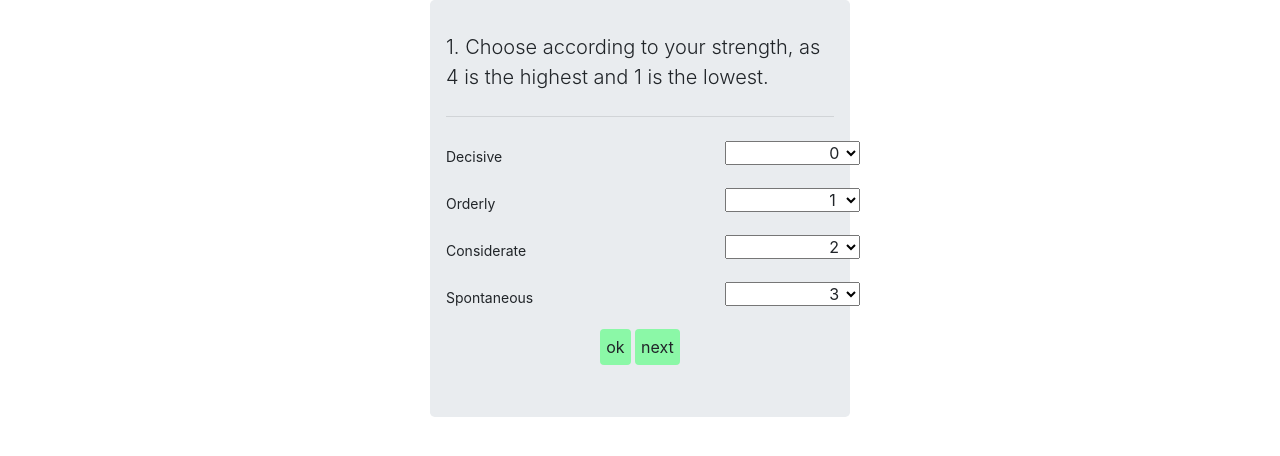
Repository: joroni/personality_test
Page: frontend/index.html
An editor plug-in stored every save of this project. The page is shown before and after the next save, followed by the edit.
The browser window is 1280 px wide. The pictures show the whole page.
Some web libraries are served in a nearby version.

Above is the page before, as saved 2020-09-08 06:17:04.

### frontend/index.html
<!DOCTYPE html>
  <html lang="en"  ng-app="quiz">
  <head>
    <meta charset="utf-8">
    <title>NewBiz Bootstrap Template</title>
    <meta content="width=device-width, initial-scale=1.0" name="viewport">
    <meta content="" name="keywords">
    <meta content="" name="description">

    <!-- Favicons
    <link href="img/favicon.png" rel="icon">
    <link href="img/apple-touch-icon.png" rel="apple-touch-icon">-->

    <!-- Google Fonts -->
    <link href="https://fonts.googleapis.com/css?family=Open+Sans:300,300i,400,400i,700,700i|Montserrat:300,400,500,700" rel="stylesheet">

    <!-- Bootstrap CSS File -->
    <link href="lib/bootstrap/css/bootstrap.min.css" rel="stylesheet">

    <!-- Libraries CSS Files -->
    <link href="lib/font-awesome/css/font-awesome.min.css" rel="stylesheet">
    <link href="lib/animate/animate.min.css" rel="stylesheet">
    <link href="lib/ionicons/css/ionicons.min.css" rel="stylesheet">
    <link href="lib/owlcarousel/assets/owl.carousel.min.css" rel="stylesheet">
    <link href="lib/lightbox/css/lightbox.min.css" rel="stylesheet">
    <link href="lib/bootstrap-slider/css/bootstrap-slider.css" rel="stylesheet">
    <!-- Main Stylesheet File -->
    <link href="css/style.css" rel="stylesheet">
  <script src="lib/angularjs/1.6.9/angular.min.js"></script>

  <link href="css/style.css" rel="stylesheet" type="text/css">
</head>

<body ng-controller="quizCtrl" ng-init="initData()">
<div class="container">

<!--

    Two items can not share the same value.
      <div ng-repeat="item2 in data2">
        <span>
          {{item2.name}}
        </span>
        <select ng-model="item2.value" ng-change="onChanged()" ng-options="choice for choice in possibleChoices">
        </select>
      </div>
    -->



 <div class="jumbotron">
    <!--<h1 class="display-4">QUIZ APPLICATION</h1>-->
    <p class="lead">{{questions.question}}</p>
    <hr class="my-4">
    <p class="lead">
      <div class="navi">
        <div id="{{QuestId}}">
            <div class="form-group row" ng-repeat="option in questions.options track by $index">
              <label for="A-{{qid}}" class="text-left col-sm-8 col-form-label col-form-label-sm">{{option.text}}</label>
              <div class="col-sm-3">


                   <select name="A-{{qid}}" ng-model="selectedColumn" ng-change="selectColumn(selectedColumn); choiceSequence(selectedColumn,{{QuestId}});" ng-options="obj for obj in priorities" ng-disabled="emptyArr">
                  </select>


              </div>
              <div class="col-sm-1">
                {{$index}}
              </div>
            </div>

             <!--   <div class="form-group">
                 <label for="formControlRange">Example Range input</label>
             <input type="range" min="1" max="4" value="0" class="form-control-range" id="formControlRange{{$index}}">
              <input type="{{buttonType}}" ng-value="{{ratingVal}}" ng-checked="onChange({{$index}})">{{option.text}}</li>
            </div>-->


            <div class="button">
              <input type="button" value="previous" class="btn" ng-show="isPrevious" ng-click="previousQuestion()">
              <input type="button" ng-model="selectedhead" value="ok" class="btn"  ng-click="turninAnswer('{{indexPoint}}');">
              <input type="button" value="next" class="btn" ng-show="isNext" ng-click="nextQuestion()">
            </div>



          </div>
      </div>

    </p>
  </div>

<!--
  <div class="question">
    <h1>QUIZ APPLICATION</h1>
    <h2>{{questions.question}}</h2>
    <div class="navi">
    <ul>
      <li ng-repeat="option in questions.options" style="list-style:none">
        <input type="{{buttonType}}" ng-value="{{ratingVal}}" ng-checked="onChange({{$index}})">{{option.text}}</li>
    </ul>
  </div>
  </div>-->

</body>
<script src="js/script.js"></script>
<script type='text/javascript' src="http://code.jquery.com/jquery-1.11.3.min.js"></script>
<script type='text/javascript' src="lib/bootstrap/js/bootstrap.min.js"></script>
 <!--<script src="lib/jquery/jquery.min.js"></script>
 <script src="lib/jquery/jquery-migrate.min.js"></script>
  <script src="lib/bootstrap/js/bootstrap.bundle.min.js"></script>
  <script type='text/javascript' src="lib/bootstrap-slider/js/bootstrap-slider.js"></script>-->
 <!-- <script src="lib/easing/easing.min.js"></script>
  <script src="lib/mobile-nav/mobile-nav.js"></script>
  <script src="lib/wow/wow.min.js"></script>
  <script src="lib/waypoints/waypoints.min.js"></script>
  <script src="lib/counterup/counterup.min.js"></script>
  <script src="lib/owlcarousel/owl.carousel.min.js"></script>
  <script src="lib/isotope/isotope.pkgd.min.js"></script>
  <script src="lib/lightbox/js/lightbox.min.js"></script>
  <script src="js/main.js"></script>-->

</html>

### frontend/css/style.css
* {}

body {}

.question {
  width: 70%;
  margin: 0 auto;
  height: auto;
  display: block;
  background: #eeeeee;
}

.question h1 {
  text-align: center;
  padding-top: 30px;
  color: #666666;
}

.question h2 {
  width: 100%;
  font-size: 22px;
  color: #0c1e5c;
  padding: 1% 3% 0% 3%;
}

.slider.slider-horizontal .slider-tick-label-container .slider-tick-label {
  display: none;
  text-align: center;
}
/*
.question ul:nth-child(odd) {
  background: #d0dff6;
  width: 30%;
  padding: 8px;
  margin: 1% 9%;
  display: inline-block;
  color: #0c1e5c;
}

.question ul:nth-child(even) {
  background: #d0dff6;
  width: 30%;
  padding: 8px;
  margin: 1% 9%;
  display: inline-block;
  color: #0c1e5c;
}
*/

.button {
  text-align: center;
  margin: 1% 0;
}

.btn {
  background: #8bf8a7;
  padding: 5px;
}



.navi {
  text-align: center;
  display: table;
  width: 100%;
}
.navi ul { display: table-row; }
.navi li { display: table-cell; width: 20%; }
.navi li a { display: block; border: 1px solid #000; }


.jumbotron {
  padding: 2rem 1rem;
  margin-bottom: 2rem;
  background-color: #e9ecef;
  border-radius: .3rem;
  max-width: 420px;
  margin: 0 auto;
}

### frontend/js/script.js
var app = angular.module("quiz", [])
app.controller("quizCtrl", function ($scope) {
  $scope.numprio = 5;
  $scope.datavalue = [];
  $scope.runningData = [];
  $scope.qid = 1;
  $scope.QuestId = 'Q-' + $scope.qid;
  $scope.data = [{
      question: "1. Choose according to your strength, as 4 is the highest and 1 is the lowest.",
      type: "multiple",
      priorities: [{4:"4"}, {3:"3"}, {2:"2"}, {1:"1"}],
      options: [{
          text: "Decisive",
          priority: 1,
        },
        {
          text: "Orderly",
          priority: 2,
        },
        {
          text: "Considerate",
          priority: 3,
        },
        {
          text: "Spontaneous",
          priority: 4,
        }
      ]
    },
    {

      question: "2.  Choose according to your strength, as 4 is the highest and 1 is the lowest.",
      type: "multiple",
       priorities: [{4:"4"}, {3:"3"}, {2:"2"}, {1:"1"}],
      options: [{
          text: "Results",
          priority: 0,
        },
        {
          text: "Systems",
          priority: 0,
        },
        {
          text: "Support",
          priority: 0,
        },
        {
          text: "Inspiration",
          priority: 0,
        }
      ]
    },
    {
      question: "3.  Choose according to your strength, as 4 is the highest and 1 is the lowest.",
      type: "multiple",
       priorities: [{4:"4"}, {3:"3"}, {2:"2"}, {1:"1"}],
      options: [{
          text: "Destination",
          priority: 1,
        },
        {
          text: "Schedule",
          priority: 2,
        },
        {
          text: "Journey",
          priority: 3,
        },
        {
          text: "Dream",
          priority: 4,
        }
      ]
    },
    {
      question: "4.  Choose according to your strength, as 4 is the highest and 1 is the lowest.",
      type: "multiple",
       priorities: [{4:"4"}, {3:"3"}, {2:"2"}, {1:"1"}],
      options: [{
          text: "Blunt	",
          priority: 0,
        },
        {
          text: "Critical",
          priority: 0,
        },
        {
          text: "Hesitant",
          priority: 0,
        },
        {
          text: "Easily Distracted",
          priority: 0,
        }
      ]
    }
  ];
  // $scope.headers = ["foo", "bar", "baz"];
  //let  priItems= [{ "value": 4, "text": "4" }, { "value": 3, "text": "3" }, { "value": 2, "text": "2" }, { "value": 4, "text": "1" }];
  //$scope.priorities = JSON.parse(JSON.stringify(priItems));
  $scope.initData = function () {
    $scope.source = JSON.parse(JSON.stringify($scope.data));
    let srcData = $scope.source;
    for (let i = 0; i < srcData.length; i++) {
      console.log('srcData', srcData[i]);
      $scope.datavalue.push(srcData[i]);
      $scope.priorities = $scope.datavalue[i].priorities;
     // console.log('data', $scope.datavalue[i]);
      console.log('priorities', $scope.priorities);
    }

  }

  //$scope.priorities = [4,3,2,1];
  /* $scope.priorities = $scope.datavalue.priorities;*/
  $scope.selectedColumn = {};
  $scope.selValue = $scope.selValue;
  $scope.selectedhead =  this.$index;
  $scope.emptyArr = false;
  $scope.selectColumn = function (selectedhead) {

    console.log('selected head', selectedhead);
   // console.log('selected column', $scope.selectedColumn);
    //let shead = questionId+selectedhead;
    // $scope.fileData.headers.splice(selectedhead);
    $scope.runningData.push(selectedhead);
    sessionStorage.setItem('quizItem', '['+$scope.runningData+']');
    $scope.priorities = $scope.priorities.filter(function (item) {
      console.log('item', item);
      return !selectedhead || !angular.equals(item, selectedhead);
      // return !shead || !angular.equals(item, shead);
    });
    console.log('priority', $scope.priorities);
    if ($scope.priorities == "") { // this disables the <select> tag
      $scope.emptyArr = true;
    }

  }


  $scope.turninAnswer = function(questionhead){

    var text = questionhead;
    var integer = parseInt(text, 10);
// returns 42
    //$scope.data = $scope.data.filter(function (ans) {
      console.log('answer', integer);
      //return selectedhead || angular.equals(ans, selectedhead);
      // return !shead || !angular.equals(item, shead);
  //  });


  }

  $scope.index = 0;
  $scope.questions = $scope.data[$scope.index];
  $scope.buttonType = $scope.questions.type == 'multiple' ? 'checkbox' : 'radio';
  $scope.isPrevious = false;
  $scope.isNext = true;
  $scope.indexPoint = $scope.index;
  console.log('questions ', $scope.data);

  $scope.nextQuestion = function () {
    if ($scope.index < 3) {
      $scope.index = $scope.index + 1;
      $scope.questions = $scope.data[$scope.index];
      $scope.qid = $scope.index + 1;

      $scope.buttonType = $scope.questions.type == 'multiple' ? 'checkbox' : 'radio';
      $scope.isPrevious = true;
      console.log($scope.data[$scope.index]);
      if ($scope.index == 3) {
        $scope.isNext = false;
      }
    } else {
      // disble next botton logic
      $scope.isNext = false;
    }
    $scope.emptyArr = false;
   // $scope.initData();
  }


  $scope.possibleChoices = ["", 1, 2, 3, 4];

  $scope.data2 = [];

  for (var i = 0; i < 5; i++) {
    $scope.data2[i] = {};
    $scope.data2[i].value = "";
    $scope.data2[i].name = "Item " + (i + 1);
  }

  $scope.onChanged = function () {
    var currentItem = this.item2;
    angular.forEach($scope.data2, function (listItem) {
      if (listItem !== currentItem && listItem.value === currentItem.value) {
        listItem.value = $scope.possibleChoices[0];
      }
    });
  }


  $scope.onChanged2 = function () {
    var currentItem = this.item;
    angular.forEach($scope.data, function (listItem) {
      if (listItem !== currentItem && listItem.value === currentItem.value) {
        listItem.value = $scope.possibleChoices[0];
      }
    });
  }

  $scope.previousQuestion = function () {
    if ($scope.index > 0) {
      $scope.index = $scope.index - 1;
      $scope.qid = $scope.qid - 1;
      $scope.questions = $scope.data[$scope.index];
      $scope.buttonType = $scope.questions.type == 'multiple' ? 'checkbox' : 'radio';
      $scope.isNext = true;
      if ($scope.index == 0) {
        $scope.isPrevious = false;
      }
    } else {
      // disble next botton logic
      $scope.isPrevious = false;
    }
  }

  $scope.choiceSequence = function (selectedColumn) {
    $scope.selValue = selectedColumn;
    questionId = $scope.QuestId;
    $scope.datavalue = $scope.data;
    /*  if($scope.selValue == null){
        $scope.selValue = selectedColumn;
      }*/
    /* console.log('selected',$scope.selValue);

     var obj = {
       'priority': selectedColumn,
       'questionid':questionId

     };*/

    //  $scope.datavalue.push(obj);
    console.log('datavalue', $scope.datavalue);

  }



  $scope.choiceUnique = function (val) {
    // myValue = $scope.ratingVal;
    $scope.ratingVal = val;
    //$scope.numprio++;
    /* if ($scope.numprio == 0) {
           $scope.numprio++;
       }*/

    console.log($scope.ratingVal);
  }


  $scope.max = 4;
  $scope.ratingVal = 0;
  $scope.readonly = false;
  $scope.onHover = function (val) {
    $scope.hoverVal = val;
  };
  $scope.onLeave = function () {
    $scope.hoverVal = null;
  }
  $scope.onChange = function (val) {
    $scope.ratingVal = val;
    console.log($scope.ratingVal);
  }



});

Loaded but not shown: frontend/lib/bootstrap/css/bootstrap.min.css (library); frontend/lib/font-awesome/css/font-awesome.min.css (library); frontend/lib/animate/animate.min.css (library); frontend/lib/ionicons/css/ionicons.min.css (library); frontend/lib/owlcarousel/assets/owl.carousel.min.css (library); frontend/lib/lightbox/css/lightbox.min.css (common file); frontend/lib/bootstrap-slider/css/bootstrap-slider.css (library); frontend/lib/angularjs/1.6.9/angular.min.js (library); frontend/lib/bootstrap/js/bootstrap.min.js (library)

After the next save:
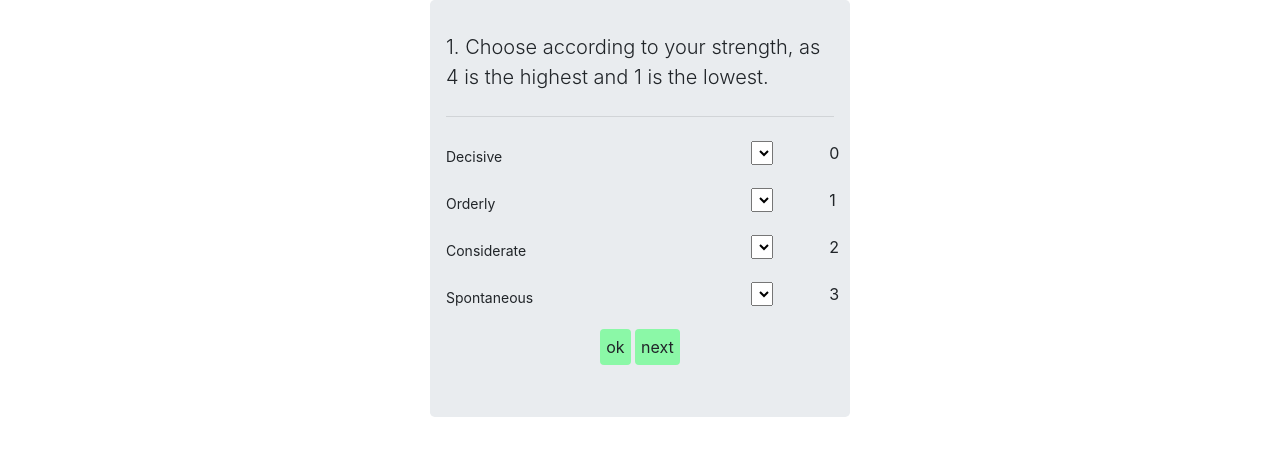
Saved 3 min 1 s later.
--- a/frontend/index.html
+++ b/frontend/index.html
@@ -60,7 +60,7 @@
               <div class="col-sm-3">
 
 
-                   <select name="A-{{qid}}" ng-model="selectedColumn" ng-change="selectColumn(selectedColumn); choiceSequence(selectedColumn,{{QuestId}});" ng-options="obj for obj in priorities" ng-disabled="emptyArr">
+                   <select name="A-{{qid}}" ng-model="selectedColumn" ng-change="selectColumn(selectedColumn); choiceSequence(selectedColumn,{{QuestId}});" ng-options="obj.name for obj in priorities.value" ng-disabled="emptyArr">
                   </select>
 
 
